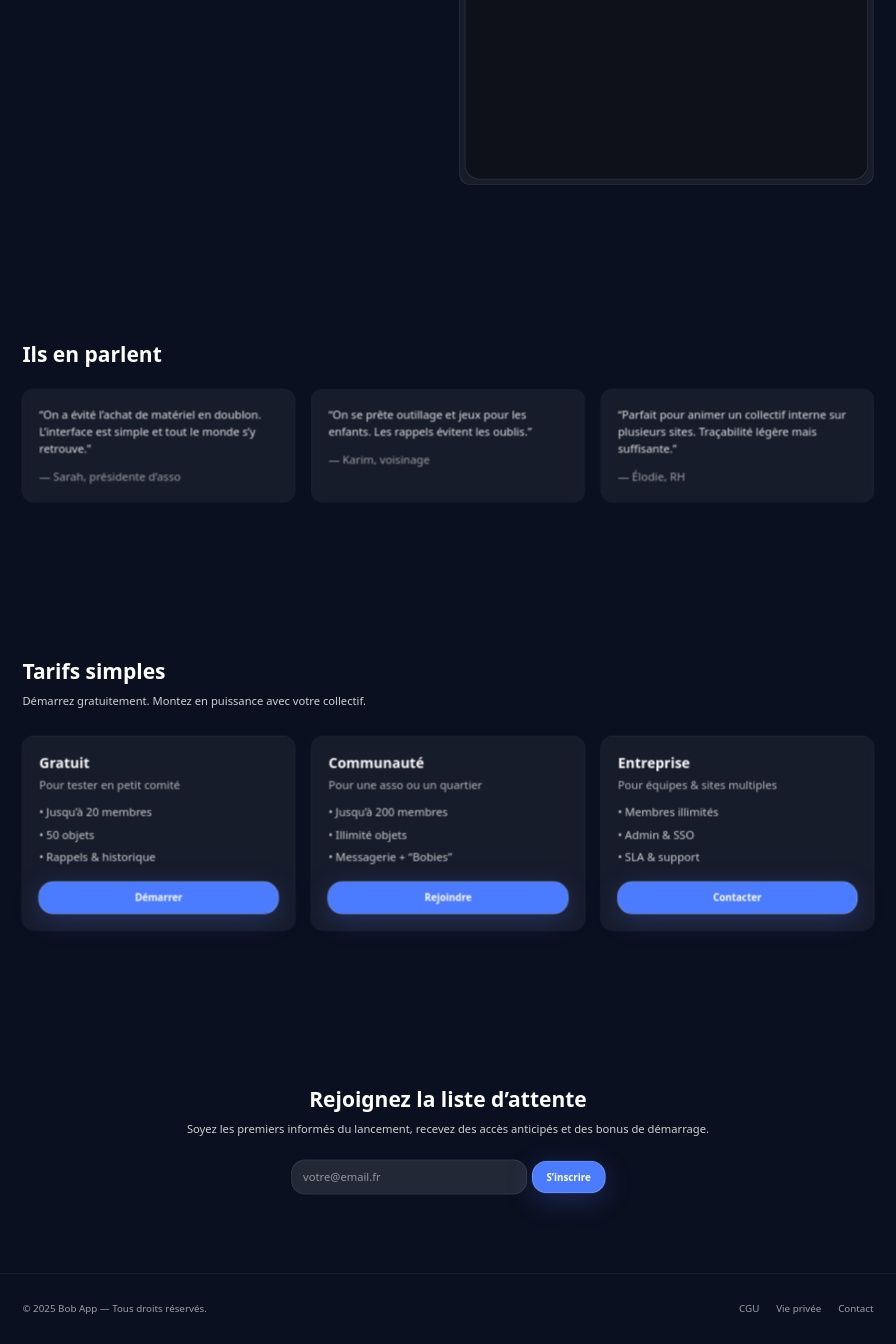
Repository: JeanCharlesMEILLAND/new-bob
Page: /
An editor plug-in stored every save of this project. The page is shown before and after the next save, followed by the edit.
The browser window is 1280 px wide. The pictures show the part of the page from y = 3128 to 5048 px (the page is 5048 px tall), at 70% of full size.
The page's requests for data from a server got no answer. The project was rebuilt for these pictures with package versions that can differ from the ones it lists, and the page was loaded fresh each time. The framework's server and built-in components were replaced by stand-ins that run in the browser. No one was signed in, and anything a server would have sent is missing. Also part of the build but not shown: next.config.ts.

Above is the page before, as saved 2025-08-12 01:08:02.

### src/app/layout.tsx
import type { Metadata } from 'next'
import './globals.css'
import { inter, jakarta } from './fonts'
import Navbar from '@/components/Navbar'
import Footer from '@/components/Footer'
import Analytics from '@/components/Analytics'

const name = process.env.NEXT_PUBLIC_SITE_NAME || 'Bob App'
const baseUrl = process.env.NEXT_PUBLIC_SITE_URL || 'https://www.bobapp.fr'

export const metadata: Metadata = {
  metadataBase: new URL(baseUrl),
  title: `${name} — Partagez & empruntez simplement`,
  description:
    'Bob App permet à vos communautés de partager et emprunter des objets en toute simplicité, avec rappels et historique. Faites circuler les objets, pas l’argent.',
  alternates: { canonical: '/' },
  openGraph: {
    title: `${name} — Partagez & empruntez simplement`,
    description:
      'Faites circuler les objets, pas l’argent. Bob App facilite le prêt et l’emprunt au sein de vos collectifs.',
    url: baseUrl,
    siteName: name,
    images: ['/api/og'],
    type: 'website',
  },
  twitter: {
    card: 'summary_large_image',
    title: `${name} — Partagez & empruntez simplement`,
    description: 'Faites circuler les objets, pas l’argent.',
    images: ['/api/og'],
  },
  robots: { index: true, follow: true },
}

export default function RootLayout({ children }: { children: React.ReactNode }) {
  return (
    <html lang="fr" className={`${inter.variable} ${jakarta.variable}`}>
      <body className="min-h-screen bg-[--bg] text-[--fg] antialiased">
        <Navbar />
        <main>{children}</main>
        <Footer />
        <Analytics />
      </body>
    </html>
  )
}

### src/app/page.tsx
import Hero from '@/components/sections/Hero'
import Features from '@/components/sections/Features'
import HowItWorks from '@/components/sections/HowItWorks'
import Showcase from '@/components/sections/Showcase'
import Testimonials from '@/components/sections/Testimonials'
import Pricing from '@/components/sections/Pricing'
import CTA from '@/components/sections/CTA'

export default function Page() {
  return (
    <>
      <Hero />
      <Features />
      <HowItWorks />
      <Showcase />
      <Testimonials />
      <Pricing />
      <CTA />
    </>
  )
}

### src/app/globals.css
@import "tailwindcss";

:root {
  --bg: #0b1020;
  --fg: #ffffff;
}

html, body {
  scroll-behavior: smooth;
  background: var(--bg);
  color: var(--fg);
}

/* === Tokens Tailwind v4 pour tes classes custom === */
@theme {
  /* Colors */
  --color-ink: #0f172a;
  --color-brand-50:  #f3f7ff;
  --color-brand-100: #e8efff;
  --color-brand-200: #cfe0ff;
  --color-brand-300: #a6c2ff;
  --color-brand-400: #7ba1ff;
  --color-brand-500: #4b7bff;
  --color-brand-600: #2f5df3;
  --color-brand-700: #2549c6;
  --color-brand-800: #1f3ca0;
  --color-brand-900: #1e367f;

  /* Radius */
  --radius-xl2: 1.25rem; /* => rounded-xl2 */

  /* Shadows */
  --shadow-glow: 0 0 0 2px rgba(255,255,255,0.08),
                 0 10px 40px rgba(75,123,255,0.25); /* => shadow-glow */
}
.container-gutter {
  @apply mx-auto max-w-7xl px-6 md:px-8;
}

.section {
  @apply py-20 md:py-28;
}

.card {
  @apply rounded-2xl bg-white/5 ring-1 ring-white/10 backdrop-blur;
}

.gradient-text {
  background: linear-gradient(90deg, #4b7bff 0%, #22c55e 100%);
  -webkit-background-clip: text;
  -webkit-text-fill-color: transparent;
  background-clip: text;
  color: transparent;
}

.bg-grid {
  background-image: linear-gradient(to right, rgba(255,255,255,0.06) 1px, transparent 1px),
    linear-gradient(to bottom, rgba(255,255,255,0.06) 1px, transparent 1px);
  background-size: 24px 24px;
}

*:focus-visible {
  outline: 2px solid rgba(75,123,255,0.9);
  outline-offset: 2px;
}

### src/app/fonts.ts
import { Inter, Plus_Jakarta_Sans } from 'next/font/google'

export const inter = Inter({
  subsets: ['latin'],
  variable: '--font-inter',
  display: 'swap',
})

export const jakarta = Plus_Jakarta_Sans({
  subsets: ['latin'],
  variable: '--font-jakarta',
  display: 'swap',
})

### src/components/Navbar.tsx
'use client'

import Link from 'next/link'
import Container from './ui/Container'
import Logo from './Logo'
import Button from './ui/Button'
import { useState, useEffect } from 'react'
import { clsx } from 'clsx'

export default function Navbar() {
  const [scrolled, setScrolled] = useState(false)

  useEffect(() => {
    const onScroll = () => setScrolled(window.scrollY > 20)
    onScroll()
    window.addEventListener('scroll', onScroll)
    return () => window.removeEventListener('scroll', onScroll)
  }, [])

  return (
    <header
      className={clsx(
        'fixed inset-x-0 top-0 z-50 transition-all',
        scrolled ? 'bg-black/50 backdrop-blur ring-1 ring-white/10' : 'bg-transparent'
      )}
    >
      <Container className="flex items-center justify-between py-4">
        <Link href="/" className="flex items-center gap-2" aria-label="Accueil Bob App">
          <Logo />
          <span className="sr-only">Bob App</span>
        </Link>

        <nav aria-label="Navigation principale" className="hidden md:flex items-center gap-6 text-sm text-white/80">
          <a href="#features" className="hover:text-white">Fonctionnalités</a>
          <a href="#how" className="hover:text-white">Comment ça marche</a>
          <a href="#pricing" className="hover:text-white">Tarifs</a>
          <a href="#faq" className="hover:text-white">FAQ</a>
        </nav>

        <div className="flex items-center gap-3">
          <Button href="#waitlist" variant="primary" size="sm" className="hidden md:inline-flex">
            Rejoindre la liste d’attente
          </Button>
        </div>
      </Container>
    </header>
  )
}

### src/components/Footer.tsx
import Container from './ui/Container'

export default function Footer() {
  return (
    <footer className="border-t border-white/10 py-10 text-sm">
      <Container className="flex flex-col md:flex-row items-center justify-between gap-6 text-white/60">
        <p>© {new Date().getFullYear()} Bob App — Tous droits réservés.</p>
        <div className="flex items-center gap-6">
          <a href="/legal/terms" className="hover:text-white/90">CGU</a>
          <a href="/legal/privacy" className="hover:text-white/90">Vie privée</a>
          <a href="mailto:hello@bobapp.fr" className="hover:text-white/90">Contact</a>
        </div>
      </Container>
    </footer>
  )
}

### src/components/Analytics.tsx
'use client'

import Script from 'next/script'

export default function Analytics() {
  const gaId = process.env.NEXT_PUBLIC_GA_ID
  if (!gaId) return null

  return (
    <>
      <Script
        src={`https://www.googletagmanager.com/gtag/js?id=${gaId}`}
        strategy="afterInteractive"
      />
      <Script id="ga" strategy="afterInteractive">
        {`
        window.dataLayer = window.dataLayer || [];
        function gtag(){dataLayer.push(arguments);}
        gtag('js', new Date());
        gtag('config', '${gaId}');
        `}
      </Script>
    </>
  )
}

### src/components/sections/Hero.tsx
import Button from '@/components/ui/Button'
import Container from '@/components/ui/Container'

export default function Hero() {
  return (
    <section className="relative section pt-36">
      <div className="absolute inset-0 -z-10 bg-hero-radial bg-no-repeat opacity-70" />
      <div className="absolute inset-0 -z-20 bg-grid opacity-[0.25] [mask-image:radial-gradient(circle at center,black,transparent_70%)]" />
      <Container className="text-center">
        <div className="inline-flex items-center gap-2 rounded-full border border-white/10 bg-white/5 px-3 py-1 text-xs text-white/80">
          Nouvelle version — Septembre 2025
        </div>
        <h1 className="mt-6 text-5xl font-extrabold tracking-tight sm:text-6xl">
          Faites circuler les <span className="gradient-text">objets</span>, pas l’argent.
        </h1>
        <p className="mx-auto mt-6 max-w-2xl text-lg text-white/80">
          Bob App permet à vos communautés (voisinage, assos, équipes) de{' '}
          <strong className="text-white">partager et emprunter</strong> en toute simplicité,
          avec rappels intelligents et historique.
        </p>
        <div className="mt-8 flex flex-wrap items-center justify-center gap-3">
          <Button href="#waitlist" ariaLabel="Rejoindre la liste d’attente" variant="primary" size="lg">
            Rejoindre la liste d’attente
          </Button>
          <Button href="#features" variant="ghost" size="lg" className="underline-offset-4">
            Voir les fonctionnalités
          </Button>
        </div>

        <div
          aria-hidden="true"
          className="mx-auto mt-14 max-w-5xl rounded-2xl border border-white/10 bg-white/5 p-2 shadow-glow"
        >
          <div className="aspect-[16/9] w-full rounded-xl2 bg-black/40 ring-1 ring-white/10 flex items-center justify-center text-white/60">
            <span className="text-sm">Aperçu de l’app (remplacez par une capture)</span>
          </div>
        </div>
      </Container>
    </section>
  )
}

### src/components/sections/Features.tsx
import Container from '@/components/ui/Container'

const FEATURES = [
  {
    title: 'Collectifs privés ou publics',
    desc: 'Créez un groupe pour votre quartier, votre asso ou votre entreprise. Invitez en 1 lien.',
  },
  {
    title: 'Catalogue & demandes en 2 clics',
    desc: 'Publiez vos objets, demandez un emprunt et validez en un geste.',
  },
  {
    title: 'Rappels intelligents & historique',
    desc: 'Ne perdez plus la trace : notifications de retour, timeline des prêts.',
  },
  {
    title: 'Confiance & validation des membres',
    desc: 'Espace sûr : validation d’entrée, profils, et piste d’audit minimaliste.',
  },
  {
    title: 'Messagerie intégrée',
    desc: 'Coordonnez les échanges sans quitter Bob.',
  },
  {
    title: 'Score “Bobies”',
    desc: 'Récompensez les bons comportements et l’entraide.',
  },
]

export default function Features() {
  return (
    <section id="features" className="section">
      <Container>
        <h2 className="text-3xl font-bold">Fonctionnalités clés</h2>
        <p className="mt-3 max-w-2xl text-white/80">
          Tout ce qu’il faut pour fluidifier les échanges dans vos communautés.
        </p>

        <div className="mt-10 grid grid-cols-1 gap-6 md:grid-cols-2 lg:grid-cols-3">
          {FEATURES.map((f) => (
            <div key={f.title} className="card p-6 hover:shadow-glow transition-shadow">
              <h3 className="text-lg font-semibold">{f.title}</h3>
              <p className="mt-2 text-white/75">{f.desc}</p>
            </div>
          ))}
        </div>
      </Container>
    </section>
  )
}

### src/components/sections/HowItWorks.tsx
import Container from '@/components/ui/Container'

const STEPS = [
  { title: 'Créez votre collectif', desc: 'Voisins, asso, équipe — avec validation des membres.' },
  { title: 'Publiez vos objets', desc: 'Ajoutez photos, dispo et conditions simples.' },
  { title: 'Empruntez en 2 clics', desc: 'Demande, validation, rendez-vous — c’est tracé.' },
  { title: 'Retour & feedback', desc: 'Rappels automatiques, historique et “Bobies”.' },
]

export default function HowItWorks() {
  return (
    <section id="how" className="section">
      <Container>
        <h2 className="text-3xl font-bold">Comment ça marche ?</h2>
        <div className="mt-10 grid gap-6 md:grid-cols-4">
          {STEPS.map((s, i) => (
            <div key={s.title} className="card p-6">
              <div className="flex h-10 w-10 items-center justify-center rounded-full bg-white/10 ring-1 ring-white/20">
                {i + 1}
              </div>
              <h3 className="mt-4 font-semibold">{s.title}</h3>
              <p className="mt-2 text-white/75">{s.desc}</p>
            </div>
          ))}
        </div>
      </Container>
    </section>
  )
}

### src/components/sections/Showcase.tsx
import Container from '@/components/ui/Container'

export default function Showcase() {
  return (
    <section className="section">
      <Container>
        <div className="grid items-center gap-8 md:grid-cols-2">
          <div>
            <h2 className="text-3xl font-bold">Pensé pour l’usage quotidien</h2>
            <p className="mt-3 text-white/80">
              Rappels discrets, timeline claire, et un catalogue agréable à parcourir.
              Remplacez les groupes de messagerie par une interface structurée, avec historique et validation.
            </p>
            <ul className="mt-6 space-y-2 text-white/80">
              <li>• Accès par lien/QR au collectif</li>
              <li>• Notifications de retour</li>
              <li>• Historique de prêts/retours</li>
              <li>• Messagerie légère intégrée</li>
            </ul>
          </div>
          <div className="rounded-2xl border border-white/10 bg-white/5 p-2">
            <div className="aspect-[9/16] w-full rounded-xl2 bg-black/40 ring-1 ring-white/10 flex items-center justify-center text-white/60">
              <span className="text-sm">Mockup mobile — remplacez par un screen</span>
            </div>
          </div>
        </div>
      </Container>
    </section>
  )
}

### src/components/sections/Testimonials.tsx
import Container from '@/components/ui/Container'

const TESTIMONIALS = [
  {
    name: 'Sarah, présidente d’asso',
    text: 'On a évité l’achat de matériel en doublon. L’interface est simple et tout le monde s’y retrouve.',
  },
  {
    name: 'Karim, voisinage',
    text: 'On se prête outillage et jeux pour les enfants. Les rappels évitent les oublis.',
  },
  {
    name: 'Élodie, RH',
    text: 'Parfait pour animer un collectif interne sur plusieurs sites. Traçabilité légère mais suffisante.',
  },
]

export default function Testimonials() {
  return (
    <section className="section">
      <Container>
        <h2 className="text-3xl font-bold">Ils en parlent</h2>
        <div className="mt-8 grid gap-6 md:grid-cols-3">
          {TESTIMONIALS.map((t) => (
            <figure key={t.name} className="card p-6">
              <blockquote className="text-white/90">&ldquo;{t.text}&rdquo;</blockquote>
              <figcaption className="mt-4 text-white/60">— {t.name}</figcaption>
            </figure>
          ))}
        </div>
      </Container>
    </section>
  )
}

### src/components/sections/Pricing.tsx
import Container from '@/components/ui/Container'
import Button from '@/components/ui/Button'

export default function Pricing() {
  return (
    <section id="pricing" className="section">
      <Container>
        <h2 className="text-3xl font-bold">Tarifs simples</h2>
        <p className="mt-3 max-w-2xl text-white/80">
          Démarrez gratuitement. Montez en puissance avec votre collectif.
        </p>

        <div className="mt-10 grid gap-6 md:grid-cols-3">
          <div className="card p-6">
            <h3 className="text-xl font-bold">Gratuit</h3>
            <p className="mt-1 text-white/70">Pour tester en petit comité</p>
            <ul className="mt-4 space-y-2 text-white/80">
              <li>• Jusqu’à 20 membres</li>
              <li>• 50 objets</li>
              <li>• Rappels & historique</li>
            </ul>
            <Button href="#waitlist" className="mt-6 w-full">
              Démarrer
            </Button>
          </div>

          <div className="card p-6 ring-2 ring-brand-500">
            <h3 className="text-xl font-bold">Communauté</h3>
            <p className="mt-1 text-white/70">Pour une asso ou un quartier</p>
            <ul className="mt-4 space-y-2 text-white/80">
              <li>• Jusqu’à 200 membres</li>
              <li>• Illimité objets</li>
              <li>• Messagerie + “Bobies”</li>
            </ul>
            <Button href="#waitlist" className="mt-6 w-full">
              Rejoindre
            </Button>
          </div>

          <div className="card p-6">
            <h3 className="text-xl font-bold">Entreprise</h3>
            <p className="mt-1 text-white/70">Pour équipes & sites multiples</p>
            <ul className="mt-4 space-y-2 text-white/80">
              <li>• Membres illimités</li>
              <li>• Admin & SSO</li>
              <li>• SLA & support</li>
            </ul>
            <Button href="#waitlist" className="mt-6 w-full">
              Contacter
            </Button>
          </div>
        </div>
      </Container>
    </section>
  )
}

### src/components/sections/CTA.tsx
'use client'

import { useState } from 'react'
import Container from '@/components/ui/Container'
import Button from '@/components/ui/Button'

export default function CTA() {
  const [email, setEmail] = useState('')
  const [status, setStatus] = useState<'idle' | 'loading' | 'ok' | 'err'>('idle')

  async function join(e: React.FormEvent) {
    e.preventDefault()
    setStatus('loading')
    try {
      const res = await fetch('/api/waitlist', {
        method: 'POST',
        headers: { 'Content-Type': 'application/json' },
        body: JSON.stringify({ email }),
      })
      if (!res.ok) throw new Error('HTTP ' + res.status)
      setStatus('ok')
      setEmail('')
    } catch {
      setStatus('err')
    }
  }

  return (
    <section id="waitlist" className="section">
      <Container className="text-center">
        <h2 className="text-3xl font-bold">Rejoignez la liste d’attente</h2>
        <p className="mt-3 text-white/80">
          Soyez les premiers informés du lancement, recevez des accès anticipés et des bonus de
          démarrage.
        </p>
        <form onSubmit={join} className="mx-auto mt-8 flex max-w-md items-center gap-2">
          <label className="sr-only" htmlFor="email">
            Adresse email
          </label>
          <input
            id="email"
            required
            type="email"
            placeholder="votre@email.fr"
            value={email}
            onChange={(e) => setEmail(e.target.value)}
            className="w-full rounded-xl2 border border-white/10 bg-white/10 px-4 py-3 text-white placeholder-white/50 focus:outline-none"
          />
          <Button type="submit" className="whitespace-nowrap">
            {status === 'loading'
              ? 'Envoi…'
              : status === 'ok'
              ? 'Inscrit ✔︎'
              : 'S’inscrire'}
          </Button>
        </form>
        {status === 'err' && (
          <p className="mt-2 text-red-300">Oups, une erreur est survenue. Réessayez.</p>
        )}
      </Container>
    </section>
  )
}

### src/components/ui/Container.tsx
import { clsx } from 'clsx'

export default function Container({
  children,
  className
}: {
  children: React.ReactNode
  className?: string
}) {
  return <div className={clsx('container-gutter', className)}>{children}</div>
}

### src/components/Logo.tsx
export default function Logo({ className = 'h-7 w-auto' }: { className?: string }) {
  return (
    <svg className={className} viewBox="0 0 48 48" fill="none" aria-label="Bob App logo">
      <rect x="2" y="2" width="44" height="44" rx="12" fill="url(#g)" />
      <path d="M14 32c0-5 4-9 9-9s9 4 9 9" stroke="white" strokeWidth="3" strokeLinecap="round" />
      <circle cx="19" cy="19" r="2.5" fill="white" />
      <circle cx="29" cy="19" r="2.5" fill="white" />
      <defs>
        <linearGradient id="g" x1="2" y1="2" x2="46" y2="46">
          <stop stopColor="#4b7bff" />
          <stop offset="1" stopColor="#22c55e" />
        </linearGradient>
      </defs>
    </svg>
  )
}

### src/components/ui/Button.tsx
import { clsx } from 'clsx'
import Link from 'next/link'

type Variant = 'primary' | 'secondary' | 'ghost'
type Size = 'sm' | 'md' | 'lg'

type Props = {
  href?: string
  children: React.ReactNode
  onClick?: () => void
  className?: string
  type?: 'button' | 'submit' | 'reset'
  ariaLabel?: string
  variant?: Variant
  size?: Size
}

/* Base commune */
const baseClasses =
  'inline-flex items-center justify-center rounded-xl2 px-5 py-3 text-sm font-semibold transition-transform active:scale-[0.99] focus:outline-none focus-visible:ring-2 focus-visible:ring-brand-500'

/* Variantes de style (tokens @theme) */
const variantClasses: Record<Variant, string> = {
  primary:  'bg-brand-500 text-white hover:bg-brand-600 ring-1 ring-brand-400 shadow-glow',
  secondary:'bg-brand-100 text-brand-800 hover:bg-brand-200 ring-1 ring-brand-300',
  ghost:    'bg-transparent text-brand-500 hover:bg-brand-50 ring-1 ring-brand-200',
}

/* Tailles */
const sizeClasses: Record<Size, string> = {
  sm: 'px-3 py-2 text-xs',
  md: 'px-5 py-3 text-sm',
  lg: 'px-6 py-3.5 text-base',
}

export default function Button({
  href,
  children,
  onClick,
  className,
  type = 'button',
  ariaLabel,
  variant = 'primary',
  size = 'md',
}: Props) {
  const classes = clsx(baseClasses, variantClasses[variant], sizeClasses[size], className)

  if (href) {
    return (
      <Link href={href} aria-label={ariaLabel} className={classes}>
        {children}
      </Link>
    )
  }

  return (
    <button type={type} onClick={onClick} aria-label={ariaLabel} className={classes}>
      {children}
    </button>
  )
}

After the next save:
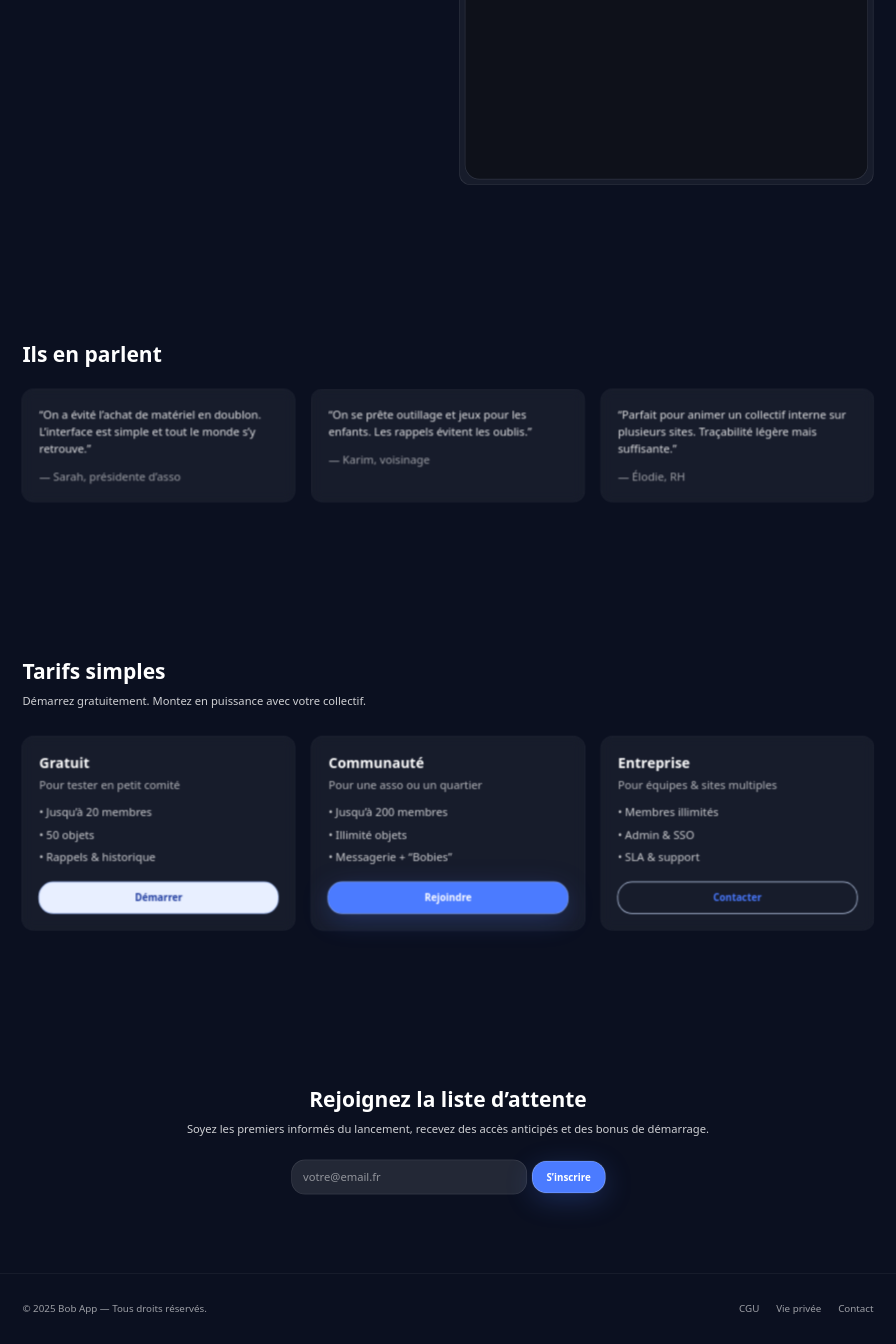
Saved 15 s later.
--- a/src/components/sections/Pricing.tsx
+++ b/src/components/sections/Pricing.tsx
@@ -6,9 +6,7 @@
     <section id="pricing" className="section">
       <Container>
         <h2 className="text-3xl font-bold">Tarifs simples</h2>
-        <p className="mt-3 max-w-2xl text-white/80">
-          Démarrez gratuitement. Montez en puissance avec votre collectif.
-        </p>
+        <p className="mt-3 max-w-2xl text-white/80">Démarrez gratuitement. Montez en puissance avec votre collectif.</p>
 
         <div className="mt-10 grid gap-6 md:grid-cols-3">
           <div className="card p-6">
@@ -19,7 +17,7 @@
               <li>• 50 objets</li>
               <li>• Rappels & historique</li>
             </ul>
-            <Button href="#waitlist" className="mt-6 w-full">
+            <Button href="#waitlist" variant="secondary" size="md" className="mt-6 w-full">
               Démarrer
             </Button>
           </div>
@@ -32,7 +30,7 @@
               <li>• Illimité objets</li>
               <li>• Messagerie + “Bobies”</li>
             </ul>
-            <Button href="#waitlist" className="mt-6 w-full">
+            <Button href="#waitlist" variant="primary" size="md" className="mt-6 w-full">
               Rejoindre
             </Button>
           </div>
@@ -45,7 +43,7 @@
               <li>• Admin & SSO</li>
               <li>• SLA & support</li>
             </ul>
-            <Button href="#waitlist" className="mt-6 w-full">
+            <Button href="#waitlist" variant="ghost" size="md" className="mt-6 w-full">
               Contacter
             </Button>
           </div>
